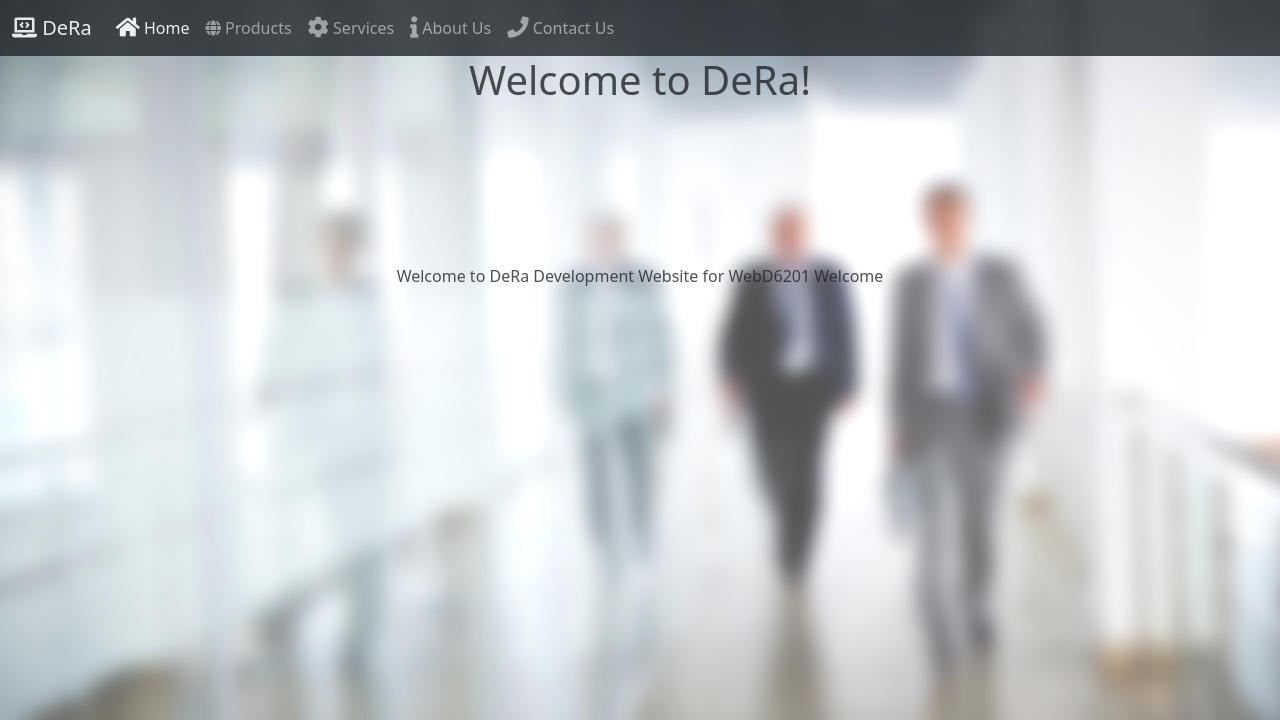
Repository: deividwsantoss/web6201-Lab1
Page: index.html
An editor plug-in stored every save of this project. The page is shown before and after the next save, followed by the edit.
The browser window is 1280 px wide. The pictures show the whole page.

Above is the page before, as saved 2021-02-02 23:15:24.

After the next save:
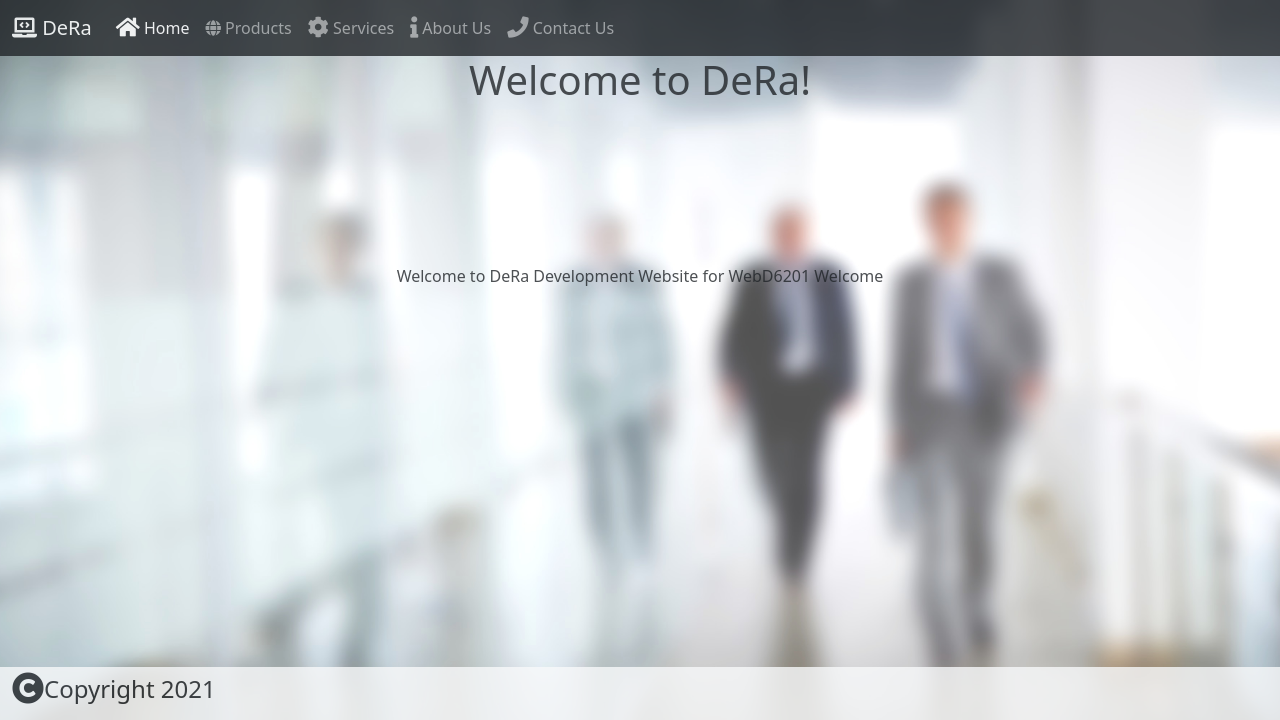
Saved 18 s later.
--- a/index.html
+++ b/index.html
@@ -48,14 +48,22 @@
 
     <!-- Main Content-->
         <main class="container">
-            <div class="text-md-center">
-          <span class="align-bottom">
-            <h1> Welcome to DeRa! </h1>
-            <p id="paragraphOne"> </p>
-          </span>
-        </div>
+          <div class="text-md-center">
+            <span class="align-bottom">
+              <h1> Welcome to DeRa! </h1>
+              <p id="paragraphOne"> </p>
+            </span>
+          </div>
         </main>
+        <!-- Main Footer-->
+        <footer>
+          <nav class="navbar fixed-bottom navbar-light bg-light">
+              <div class="container-fluid">
+                  <h4><i class="fas fa-copyright fa-lg"></i>Copyright 2021 </h4>
+              </div>
+            </nav>
 
+      </footer>
     <!--- Script Section-->
     <script src="./node_modules/bootstrap/dist/js/bootstrap.bundle.min.js"></script>
     <script src="./node_modules/jquery/dist/jquery.min.js"></script>
